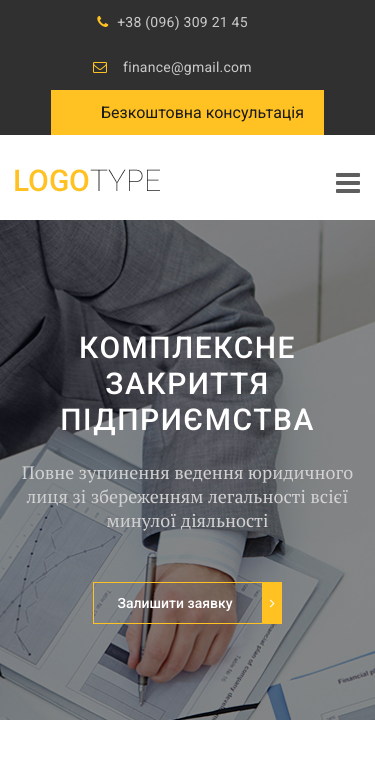
Repository: oliachipko/companysait
Page: index.html
These files come from the project's save history. The page is drawn as it stood at one moment and after the next save; the edit follows.
The browser window is 375 px wide. The pictures show the whole page.

Above is the page before, as saved 2020-11-24 00:37:59.

After the next save:
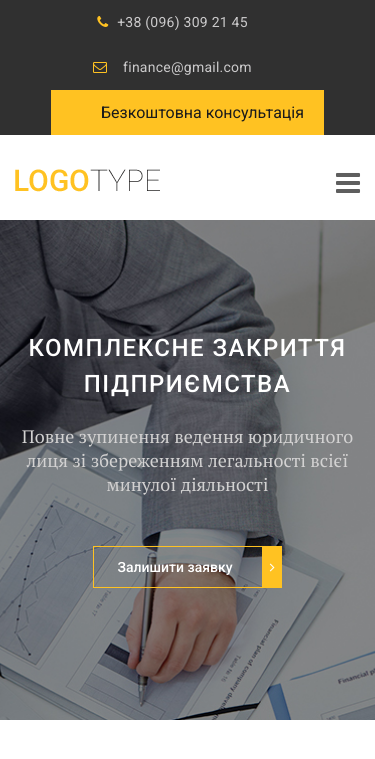
Saved 24 s later.
--- a/css/media.css
+++ b/css/media.css
@@ -37,7 +37,9 @@
     }
 }
 @media (max-width: 414px){
-
+    .slider__title{
+        font-size: 24px;
+    }
 }
 @media (max-width: 400px){
     .header__btn:before{
